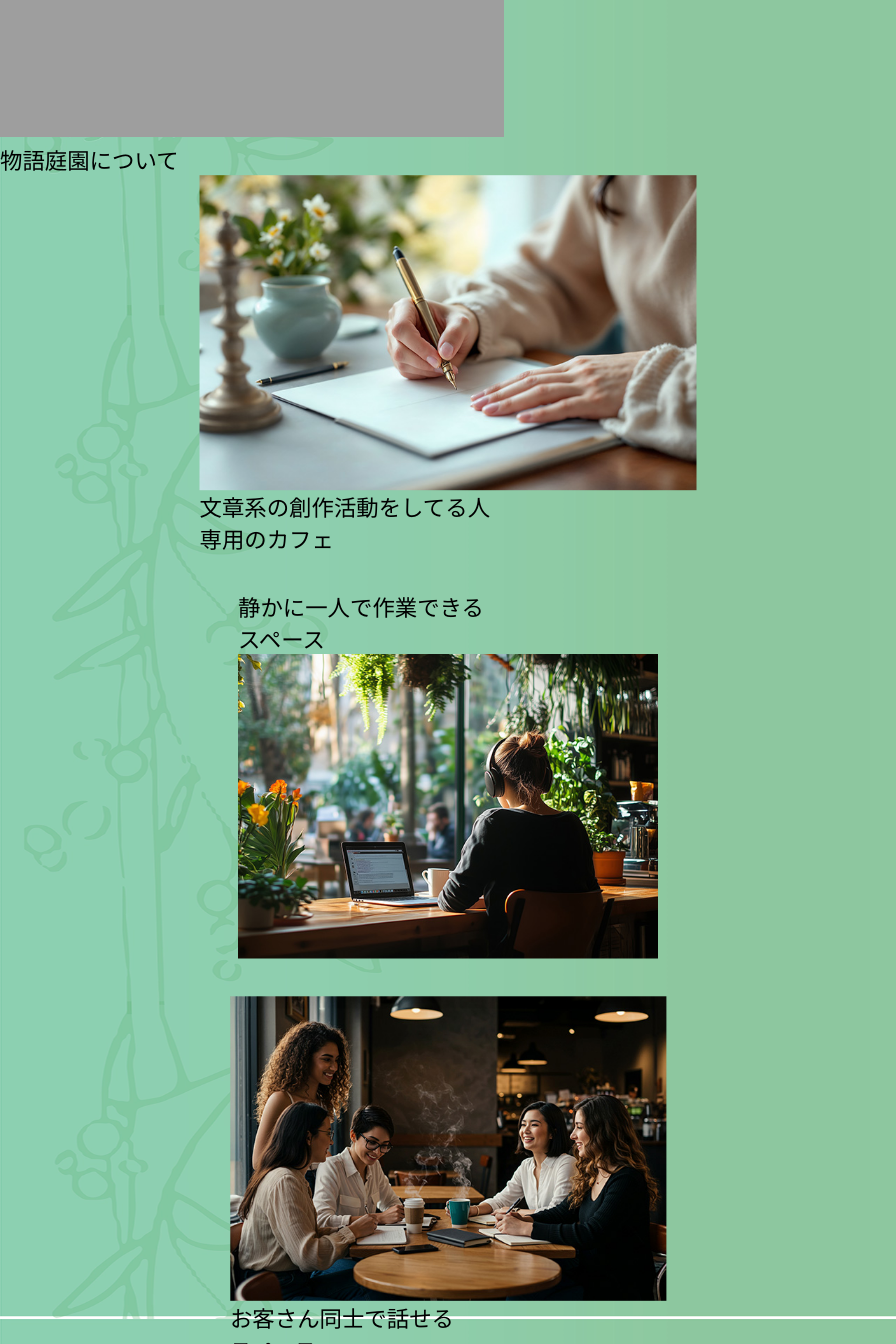
Repository: saka-kou/GardenStory
Page: index.html
The author's editor kept a copy of each file at every save. The page is drawn from the files as they stood at one save, then again after the next save.
The browser window is 1280 px wide. The pictures show the part of the page from y = 616 to 2536 px (the page is 5064 px tall before and 4692 px after), at 70% of full size.
Pictures or frames that could not be fetched are drawn as grey boxes. Some web fonts or font styles are not loaded; a fallback is used.

Above is the page before, as saved 2025-07-24 11:38:26.

After the next save:
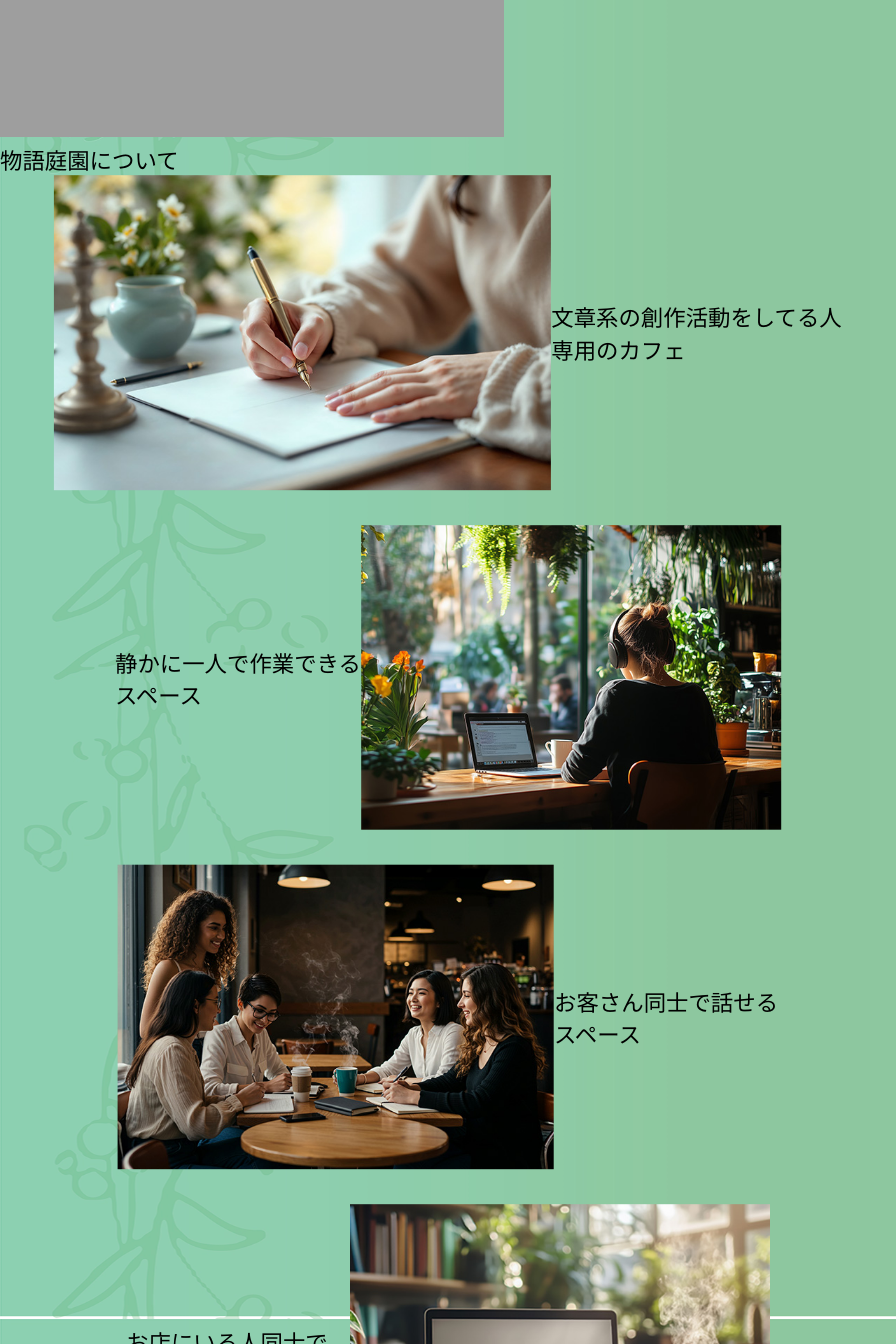
Saved 7 s later.
--- a/css/index.css
+++ b/css/index.css
@@ -47,11 +47,11 @@ main{
     align-items: center;
     gap: 50px;
 }
-/* .cafe-ex{
-    width: 1320px;
+.cafe-ex{
+    /* width: 1320px; */
     display: flex;
     align-items: center;
-} */
+}
 .work{
     gap: 75px;
 }
